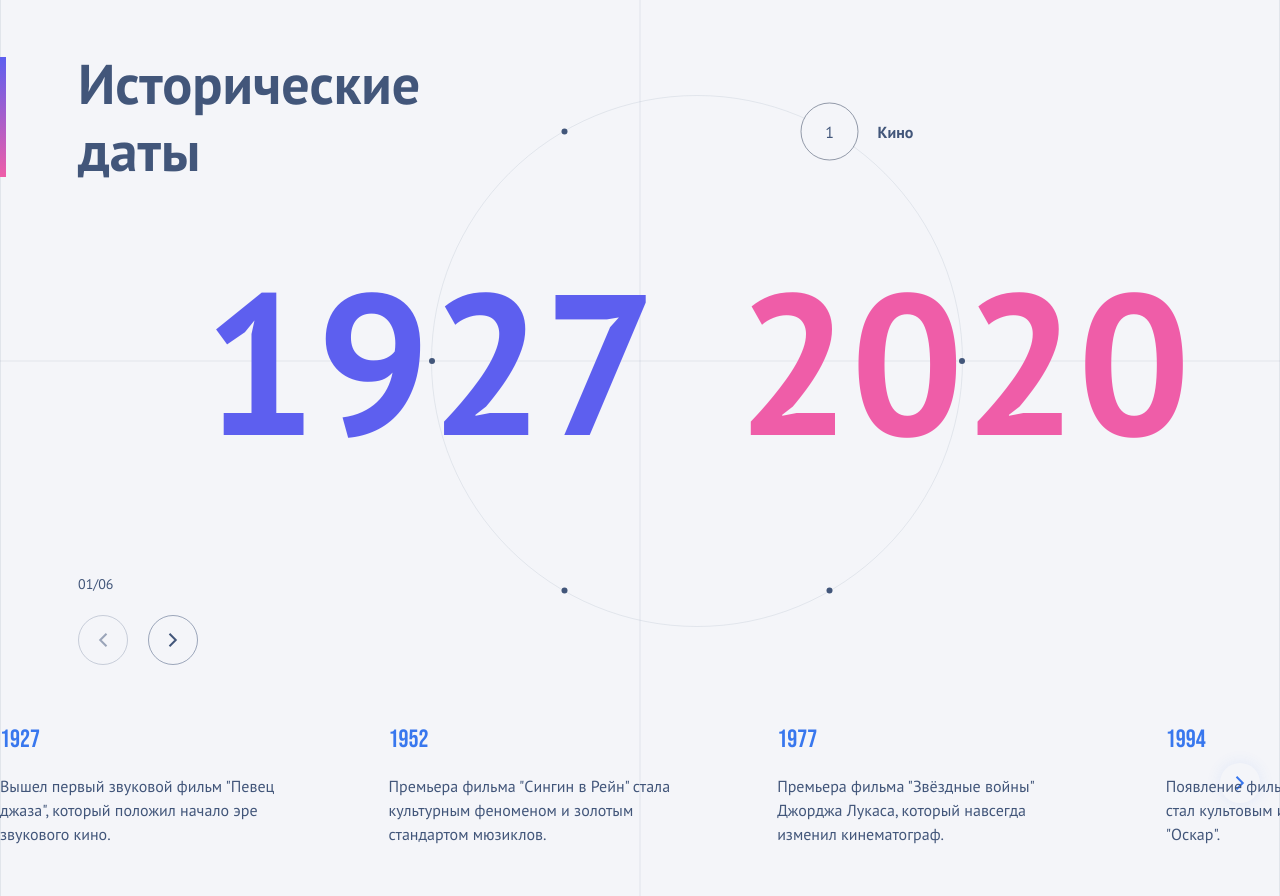
Repository: LenarTulupov/only
Page: /
These files come from the project's save history. The page is drawn as it stood at one moment and after a run of saves; the edit follows.
The browser window is 1280 px wide. The pictures show the whole page.
The project was rebuilt for these pictures with package versions that can differ from the ones it lists, and the page was loaded fresh each time.

Above is the page before, as saved 2024-12-18 13:16:42.

After the next 2 saves:
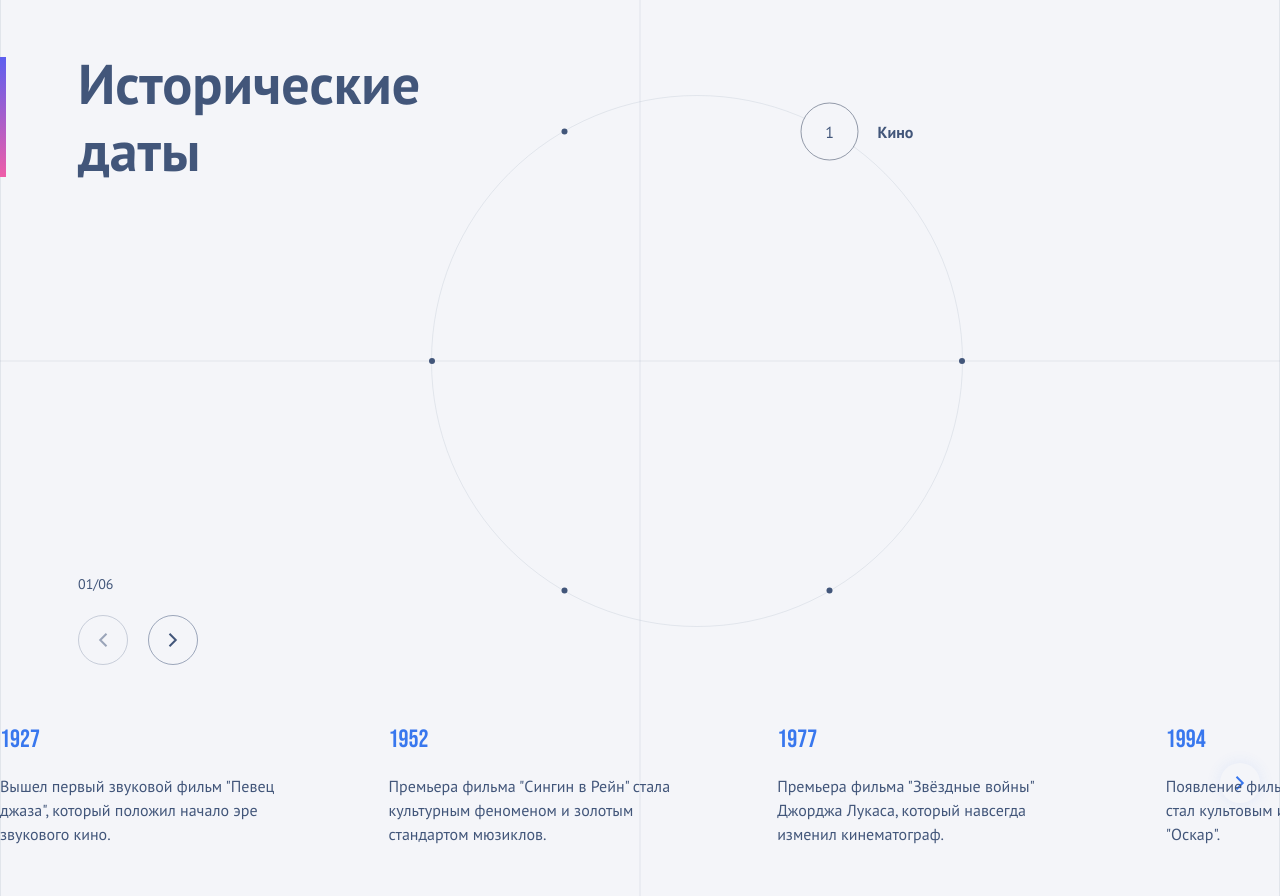
The 2 saves are shown as one change because 1 did not build or start.
The last was saved 11 s later.
--- a/src/pages/home/history/circle/circle.tsx
+++ b/src/pages/home/history/circle/circle.tsx
@@ -13,9 +13,7 @@ interface ICircle {
 export default function Circle({
   className,
   activeButton,
-  setActiveButton,
-  firstDate,
-  lastDate }: ICircle) {
+  setActiveButton }: ICircle) {
   const circleRef = useRef<HTMLDivElement>(null);
   const buttonsRef = useRef<HTMLDivElement[]>([]);
 
@@ -90,11 +88,6 @@ export default function Circle({
           </div>
         );
       })}
-      <Dates
-        className={styles.dates}
-        firstDate={firstDate}
-        lastDate={lastDate}
-      />
     </div>
   );
 }
